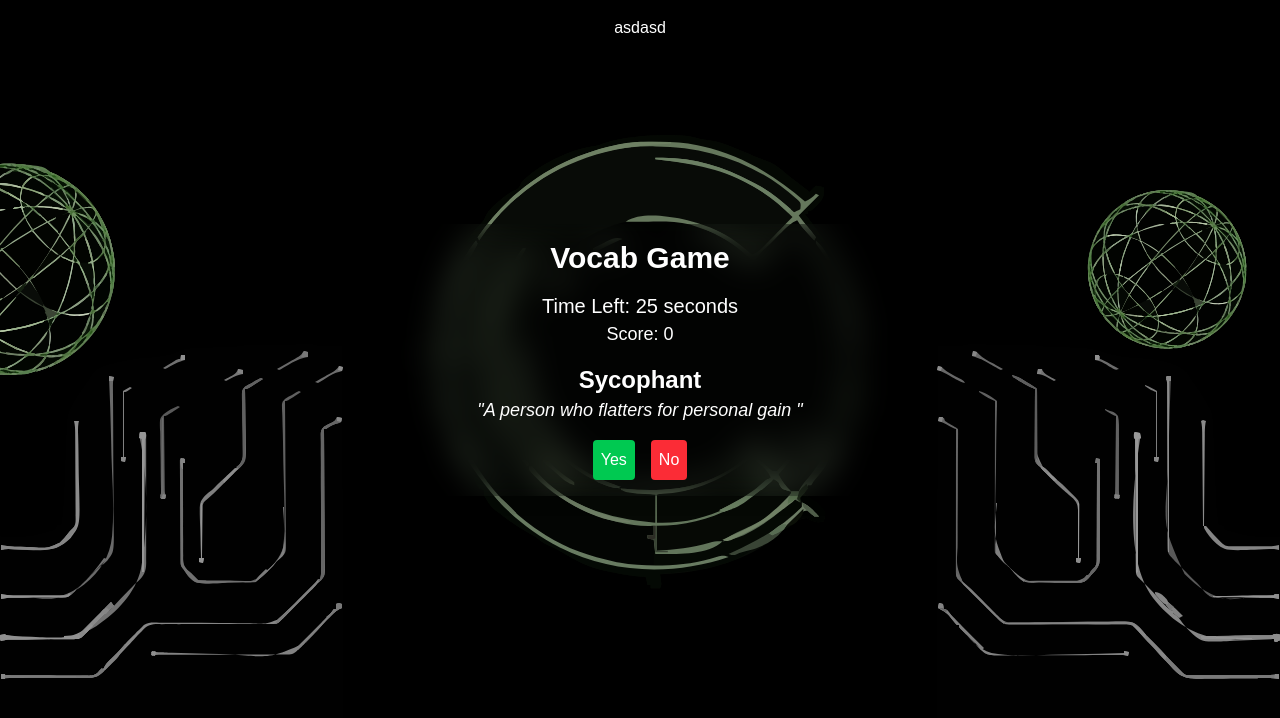
Repository: oxniw/bio-vocab
Page: /game
The author's editor kept a copy of each file at every save. The page is drawn from the files as they stood at one save, then again after the next save.
The browser window is 1280 px wide. The pictures show the whole page.
The project was rebuilt for these pictures with package versions that can differ from the ones it lists, and the page was loaded fresh each time. The framework's server and built-in components were replaced by stand-ins that run in the browser. Also part of the build but not shown: next.config.ts.

Above is the page before, as saved 2025-04-03 22:51:58.

### src/app/game/page.jsx
'use client';

import { useState, useEffect } from 'react';
import Image from 'next/image';
const words = [
  { word: 'Ephemeral', definition: 'Lasting a very short time' },
  { word: 'Tenacious', definition: 'Holding fast; persistent' },
  { word: 'Ineffable', definition: 'Too great to be expressed in words' },
  { word: 'Sycophant', definition: 'A person who flatters for personal gain' },
  { word: 'Pernicious', definition: 'Having a harmful effect' }
];

export default function VocabGame() {
  const [currentWord, setCurrentWord] = useState('');
  const [currentDef, setCurrentDef] = useState('');
  const [score, setScore] = useState(0);
  const [timeLeft, setTimeLeft] = useState(30);
  const [gameOver, setGameOver] = useState(false);

  useEffect(() => {
    console.log(localStorage.getItem("score"))
    startGame();
  }, []);

  useEffect(() => {
    if (localStorage.getItem("score") === null) {
      localStorage.setItem("score", 0);
    }
    if (timeLeft > 0) {
      const timer = setTimeout(() => setTimeLeft(timeLeft - 1), 1000);
      return () => clearTimeout(timer);
    } else {
      setGameOver(true);
    }
  }, [timeLeft]);

  function getNewWord() {
    const wordObj = words[Math.floor(Math.random() * words.length)];
    const useCorrectDef = Math.random() > 0.5;
    setCurrentWord(wordObj.word);
    setCurrentDef(useCorrectDef ? wordObj.definition : words[Math.floor(Math.random() * words.length)].definition);
  }

  function startGame() {
    setScore(0);
    setTimeLeft(30);
    setGameOver(false);
    getNewWord();
  }

  function handleAnswer(isCorrect) {
    if (!gameOver) {
      const correctDef = words.find(w => w.word === currentWord).definition === currentDef;
      setScore(prev => prev + (correctDef === isCorrect ? 1 : -1));
      getNewWord();
    }
  }

  return (
    <div className=" items-center justify-center flex bg-black h-screen overflow-x-hidden relative">
      <Image
      className="absolute top-24 -left-36 rotate-45"
      src="/com/cysphere.svg"
      alt="Next.js logo"
      width={612/2 }
      height={408/2 }
      priority
      />
      <Image
      className="absolute top-24 -right-10 rotate-45 scale-75"
      src="/com/cysphere.svg"
      alt="Next.js logo"
      width={612/2 }
      height={408/2 }
      priority
      />
      <Image
      className="absolute bottom-0 left-0 "
      src="/com/cyd3.svg"
      alt="Next.js logo"
      width={343 }
      height={411 }
      priority
      />
      <Image
      className="absolute bottom-0 right-0 "
      src="/com/cy2d.svg"
      alt="Next.js logo"
      width={343 }
      height={411 }
      priority
      />
      <Image
      className="absolute scale-125"
      src="/com/cy4d.svg"
      alt="Next.js logo"
      width={343 }
      height={411 }
      priority
      />
      <div className='w-full h-screen  flex items-center absolute text-white justify-center overflow-hidden '>
      <div className="flex-col flex items-center w-full p-4 rounded-2xl shadow-lg bg-gradient-to-r bg-opacity-10 backdrop-blur-lg absolute top-0 left-0">
        asdasd
      </div>
        <div className="flex-col flex items-center w-full p-4  max-w-xl rounded-2xl shadow-lg bg-gradient-to-r bg-opacity-10 backdrop-blur-lg ">
        <h1 className="text-3xl font-bold mb-4 transition duration-300 hover:filter hover:drop-shadow-[0_0_36px_rgb(255,255,255)]">Vocab Game</h1>
        <p className="text-xl transition duration-300 hover:filter hover:drop-shadow-[0_0_36px_rgb(255,255,255)]">Time Left: {timeLeft} seconds</p>
        <p className="text-lg transition duration-300 hover:filter hover:drop-shadow-[0_0_36px_rgb(255,255,255)]">Score: {score}</p>
        {gameOver ? (
          <button className="mt-4 p-2 bg-blue-500 text-white rounded transition duration-300 hover:filter hover:drop-shadow-[0_0_36px_rgb(0,0,255)]" onClick={startGame}>
            Restart Game
          </button>
        ) : (
          <>
            <p className="text-2xl font-semibold mt-4 transition duration-300 hover:filter hover:drop-shadow-[0_0_36px_rgb(255,255,255)]">{currentWord}</p>
            <p className="text-lg italic mb-4 transition duration-300 hover:filter hover:drop-shadow-[0_0_36px_rgb(255,255,255)]">"{currentDef} "</p>
            <div className="flex gap-4">
              <button className="p-2 bg-green-500 text-white rounded transition duration-300 hover:filter hover:drop-shadow-[0_0_36px_rgb(0,255,0)]" onClick={() => handleAnswer(true)}>
                Yes
              </button>
              <button className="p-2 bg-red-500 text-white rounded transition duration-300 hover:filter hover:drop-shadow-[0_0_36px_rgb(255,0,0)]" onClick={() => handleAnswer(false)}>
                No
              </button>
            </div>
          </>
        )}
        </div>

      </div>


    </div>

  );
}

Loaded but not shown: src/app/layout.tsx (common file); src/app/globals.css (common file)

After the next save:
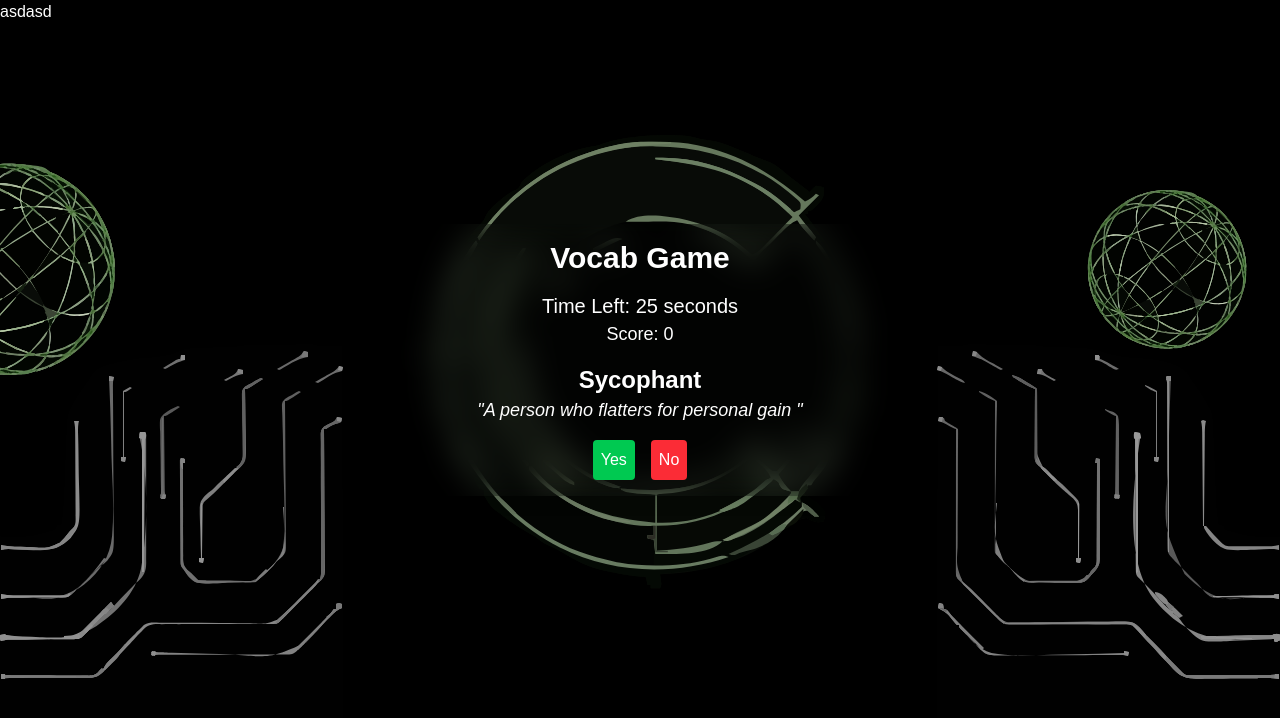
Saved 18 s later.
--- a/src/app/game/page.jsx
+++ b/src/app/game/page.jsx
@@ -99,7 +99,7 @@
       priority
       />
       <div className='w-full h-screen  flex items-center absolute text-white justify-center overflow-hidden '>
-      <div className="flex-col flex items-center w-full p-4 rounded-2xl shadow-lg bg-gradient-to-r bg-opacity-10 backdrop-blur-lg absolute top-0 left-0">
+      <div className="absolute top-0 left-0">
         asdasd
       </div>
         <div className="flex-col flex items-center w-full p-4  max-w-xl rounded-2xl shadow-lg bg-gradient-to-r bg-opacity-10 backdrop-blur-lg ">
